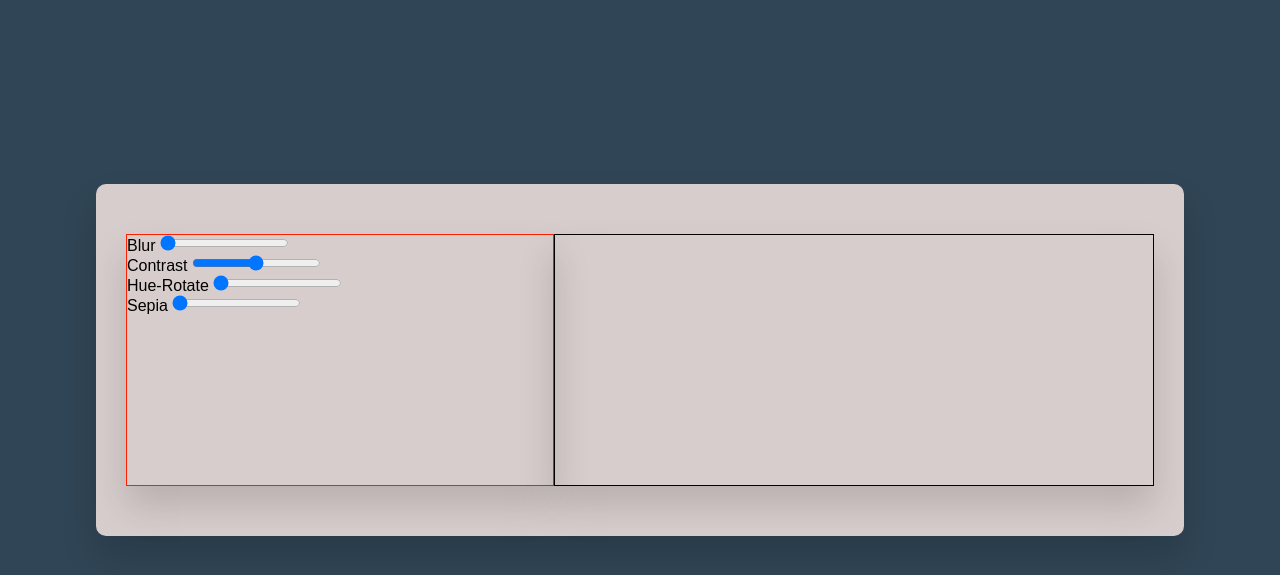
Repository: Larrowo/Challenges
Page: Photo filter/index.html
These files come from the project's save history. The page is drawn as it stood at one moment and after a run of saves; the edit follows.
The browser window is 1280 px wide. The pictures show the whole page.

Above is the page before, as saved 2022-04-01 12:43:14.

### Photo filter/index.html
<!DOCTYPE html>
<html lang="en">
<head>
    <meta charset="UTF-8">
    <meta http-equiv="X-UA-Compatible" content="IE=edge">
    <meta name="viewport" content="width=device-width, initial-scale=1.0">
    <link rel="stylesheet" href="style.css">
    <script src="script.js" defer></script>
    <title>Document</title>
</head>
<body>
    <div class="wrapper">
        <div class="editor">
            <div class="filter">
                <label for="blur">Blur</label>
                <input type="range" min="0" max="5" value="0" step="0.1" id="blur">
            </div>
            <div class="filter">
                <label for="contrast">Contrast</label>
                <input type="range" min="0" max="200" value="100"  id="Contrast">
            </div>
            <div class="filter">
                <label for="Hue-rotate">Hue-Rotate</label>
                <input type="range" min="0" max="360" value="0"  id="Hue-rotate">
            </div>
            <div class="filter">
                <label for="Sepia">Sepia</label>
                <input type="range" min="0" max="100" value="0"  id="Sepia">
            </div>

        </div>
        <div class="results">

        </div>
    </div>
</body>
</html>

### Photo filter/style.css
*{
    padding: 0;
    margin: 0;
    box-sizing: border-box;
    font-family: "Rubik",sans-serif;
}

body{
    background-color: #304555;
}

  .wrapper{
     width: 85vw;
     padding: 50px 30px;
     background-color: #d8cdcd;
     position: absolute;
     transform: translate(-50%,-50%);
     top: 50%;
     left: 50%;
     border-radius: 10px;
     box-shadow: 0 20px 35px rgba(0,0,0,0.15);
     display: grid;
     grid-template-columns: 5fr 7fr;
 }

 .editor{
     border: 1px solid rgb(255, 30, 0);
     box-shadow: 0 20px 35px rgba(0,0,0,0.15);
     min-height: 35vmin;
     display: flex;
     flex-direction: column;
 }

 .results{
     border: 1px solid rgb(0, 0, 0);
     box-shadow: 0 20px 35px rgba(0,0,0,0.15);
 }

 /*Todo lo que está debajo fue descaradamente robado*/
/*
 input[type=range] {
    height: 26px;
    -webkit-appearance: none;
    margin: 10px 0;
    width: 100%;
  }
  input[type=range]:focus {
    outline: none;
  }
  input[type=range]::-webkit-slider-runnable-track {
    width: 100%;
    height: 14px;
    cursor: pointer;
    animate: 0.2s;
    box-shadow: 1px 1px 1px #50555C;
    background: #50555C;
    border-radius: 14px;
    border: 0px solid #000000;
  }
  input[type=range]::-webkit-slider-thumb {
    box-shadow: 0px 0px 0px #000000;
    border: 0px solid #000000;
    height: 20px;
    width: 40px;
    border-radius: 12px;
    background: #529DE1;
    cursor: pointer;
    -webkit-appearance: none;
    margin-top: -3px;
  }
  input[type=range]:focus::-webkit-slider-runnable-track {
    background: #50555C;
  }
  input[type=range]::-moz-range-track {
    width: 100%;
    height: 14px;
    cursor: pointer;
    animate: 0.2s;
    box-shadow: 1px 1px 1px #50555C;
    background: #50555C;
    border-radius: 14px;
    border: 0px solid #000000;
  }
  input[type=range]::-moz-range-thumb {
    box-shadow: 0px 0px 0px #000000;
    border: 0px solid #000000;
    height: 20px;
    width: 40px;
    border-radius: 12px;
    background: #529DE1;
    cursor: pointer;
  }
  input[type=range]::-ms-track {
    width: 100%;
    height: 14px;
    cursor: pointer;
    animate: 0.2s;
    background: transparent;
    border-color: transparent;
    color: transparent;
  }
  input[type=range]::-ms-fill-lower {
    background: #50555C;
    border: 0px solid #000000;
    border-radius: 28px;
    box-shadow: 1px 1px 1px #50555C;
  }
  input[type=range]::-ms-fill-upper {
    background: #50555C;
    border: 0px solid #000000;
    border-radius: 28px;
    box-shadow: 1px 1px 1px #50555C;
  }
  input[type=range]::-ms-thumb {
    margin-top: 1px;
    box-shadow: 0px 0px 0px #000000;
    border: 0px solid #000000;
    height: 20px;
    width: 40px;
    border-radius: 12px;
    background: #529DE1;
    cursor: pointer;
  }
  input[type=range]:focus::-ms-fill-lower {
    background: #50555C;
  }
  input[type=range]:focus::-ms-fill-upper {
    background: #50555C;
  } */

Loaded but not shown: Photo filter/script.js (no copy from this time; the picture is the same without it)

After the next 2 saves:
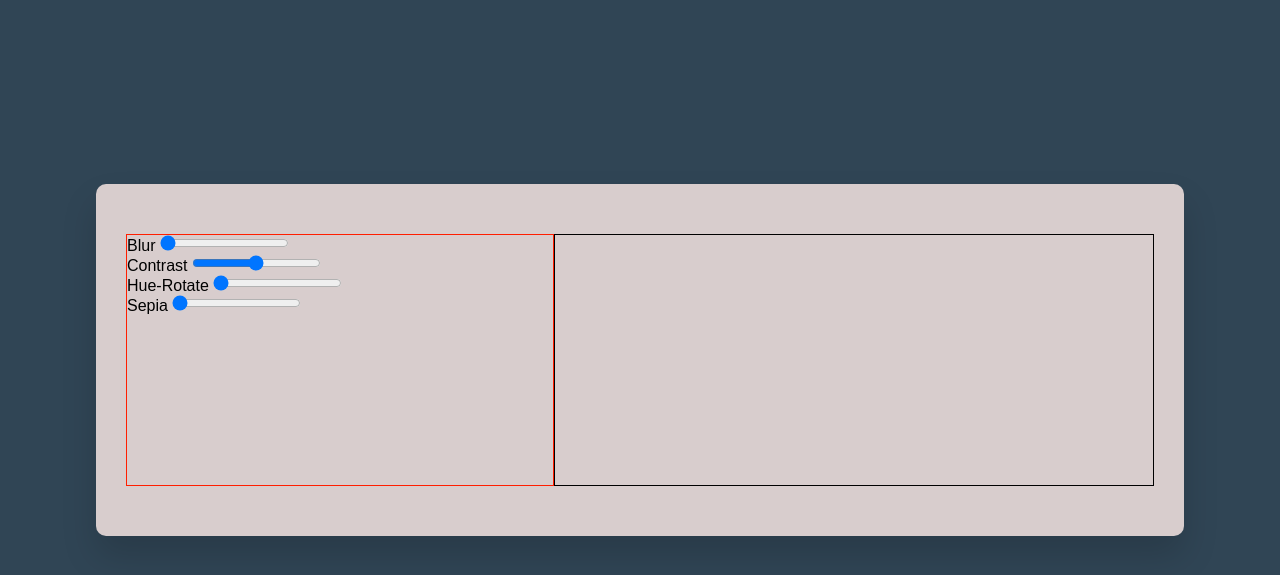
The 2 saves are shown as one change because they came seconds apart.
The last was saved 13 s later.
--- a/Photo filter/style.css
+++ b/Photo filter/style.css
@@ -25,7 +25,6 @@
 
  .editor{
      border: 1px solid rgb(255, 30, 0);
-     box-shadow: 0 20px 35px rgba(0,0,0,0.15);
      min-height: 35vmin;
      display: flex;
      flex-direction: column;
@@ -33,7 +32,7 @@
 
  .results{
      border: 1px solid rgb(0, 0, 0);
-     box-shadow: 0 20px 35px rgba(0,0,0,0.15);
+
  }
 
  /*Todo lo que está debajo fue descaradamente robado*/
